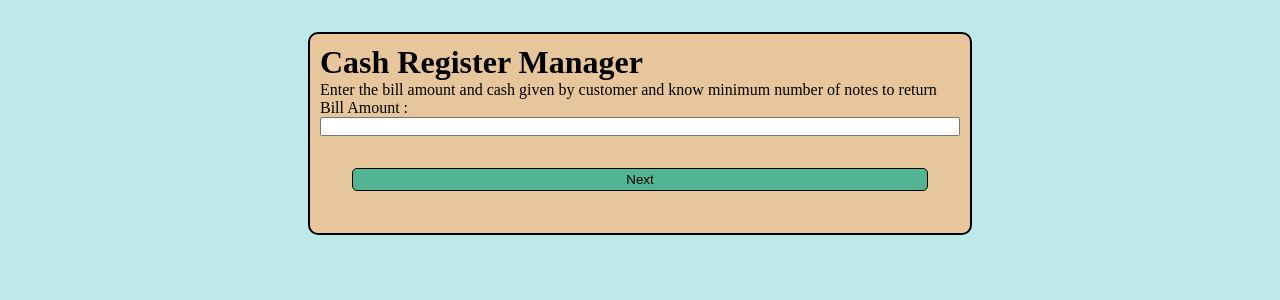
Repository: patelamancode/Cash-register-manager-app
Page: index.html
An editor plug-in stored every save of this project. The page is shown before and after the next save, followed by the edit.
The browser window is 1280 px wide. The pictures show the whole page.

Above is the page before, as saved 2022-11-18 15:37:06.

After the next save:
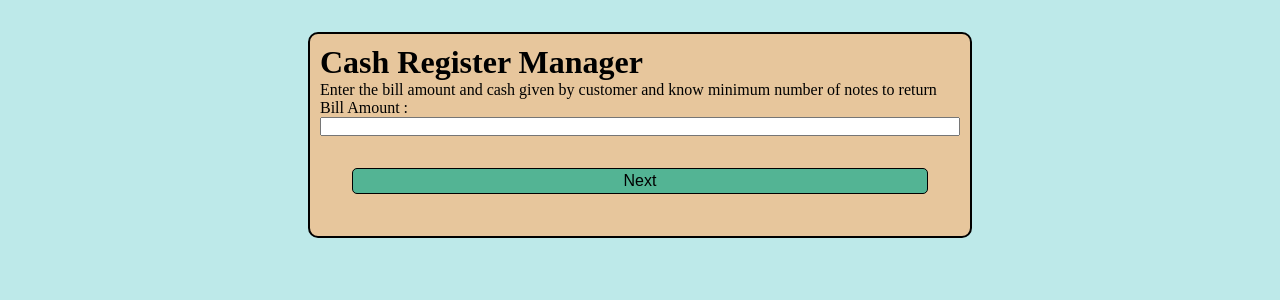
Saved 28 s later.
--- a/index.css
+++ b/index.css
@@ -23,6 +23,7 @@ body{
 button{
     margin: 2rem;
     padding: 3px;
+    font-size: 1rem;
     border: 1px solid;
     background-color: rgb(83, 180, 148);
     border-radius: 5px;
